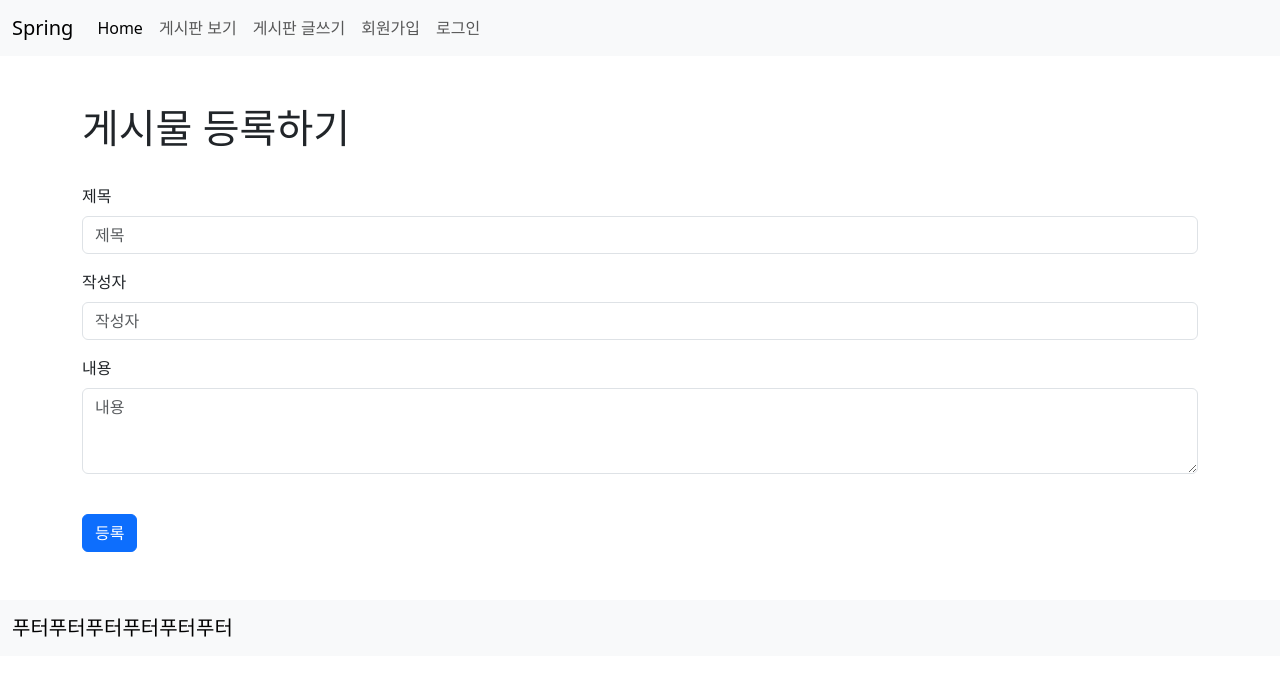
Repository: Jensuchan/spring_solo_project
Page: http://localhost/spring_test/WEB-INF/views/board/register.jsp
An editor plug-in stored every save of this project. The page is shown before and after the next save, followed by the edit.
The browser window is 1280 px wide. The pictures show the whole page.
The page is served by Tomcat 9. Nobody is signed in. Other server files are loaded and not shown. The template is opened directly, without the code that normally fills it, so the values that code supplies are empty.

Above is the page before, as saved 2024-01-16 05:59:49.

### spring_test/src/main/webapp/WEB-INF/views/board/register.jsp
<%@ page language="java" contentType="text/html; charset=UTF-8"
	pageEncoding="UTF-8"%>
<jsp:include page="../layout/header.jsp"></jsp:include>




<div class="container">
	<h1>게시물 등록하기</h1><br>
	<form action="/board/regiser" method="post">
		<div class="mb-3">
			<label for="title" class="form-label">제목</label>
			<input type="text" name="title" class="form-control" id="title" placeholder="제목">
		</div>
		<div class="mb-3">
			<label for="writer" class="form-label">작성자</label>
			<input type="email" name="writer" class="form-control" id="writer" placeholder="작성자">
		</div>
		<div class="mb-3">
			<label for="context" class="form-label">내용</label>
 			<textarea class="form-control" name="context" id="context" rows="3" placeholder="내용"></textarea>
		</div>
		<br>
		<button type="submit" class="btn btn-primary">등록</button>
	</form>






</div>

<jsp:include page="../layout/footer.jsp"></jsp:include>

### spring_test/src/main/webapp/WEB-INF/views/layout/header.jsp
<%@ taglib uri="http://java.sun.com/jsp/jstl/core" prefix="c"%>
<%@ page language="java" contentType="text/html; charset=UTF-8"
	pageEncoding="UTF-8"%>
<%@ taglib uri="http://www.springframework.org/security/tags"
	prefix="sec"%>
<!DOCTYPE html>
<html>
<head>
<meta charset="UTF-8">
<title>Insert title here</title>
<link
	href="https://cdn.jsdelivr.net/npm/bootstrap@5.3.1/dist/css/bootstrap.min.css"
	rel="stylesheet"
	integrity="sha384-4bw+/aepP/YC94hEpVNVgiZdgIC5+VKNBQNGCHeKRQN+PtmoHDEXuppvnDJzQIu9"
	crossorigin="anonymous">
<script
	src="https://cdn.jsdelivr.net/npm/bootstrap@5.3.1/dist/js/bootstrap.bundle.min.js"
	integrity="sha384-HwwvtgBNo3bZJJLYd8oVXjrBZt8cqVSpeBNS5n7C8IVInixGAoxmnlMuBnhbgrkm"
	crossorigin="anonymous"></script>
</head>
<style>
	.container-fluid{
		display: flex;
		justify-content: space-evenly;
		align-items: center;
	}
</style>

<body>

	<nav class="navbar navbar-expand-lg bg-body-tertiary">
		<div class="container-fluid">
			<a class="navbar-brand" href="/">Spring</a>
			<button class="navbar-toggler" type="button"
				data-bs-toggle="collapse" data-bs-target="#navbarSupportedContent"
				aria-controls="navbarSupportedContent" aria-expanded="false"
				aria-label="Toggle navigation">
				<span class="navbar-toggler-icon"></span>
			</button>
			<div class="collapse navbar-collapse" id="navbarSupportedContent">
				<ul class="navbar-nav me-auto mb-2 mb-lg-0">
					<li class="nav-item"><a class="nav-link active"
						aria-current="page" href="/">Home</a></li>
					<li class="nav-item"><a class="nav-link" href="/">게시판 보기</a></li>

					<!-- 현재 인증한 사용자의 정보를 가져와서 해당 권한이 있는지 확인 -->
					<!-- 현재 사용자의 정보는 principal  -->
					<!-- anyMatch() : stream 매칭 메서드(최소한 1개의 요소가 주어진 조건에 맞는지 조사) -->

					<li class="nav-item"><a class="nav-link" href="/board/register">게시판 글쓰기</a>
					</li>
					<li class="nav-item"><a class="nav-link"
						href="/member/register">회원가입</a></li>
					<li class="nav-item"><a class="nav-link" href="#">로그인</a>
					</li>
				</ul>
			</div>
		</div>
	</nav>

	<br><br>

### spring_test/src/main/webapp/WEB-INF/views/layout/footer.jsp
<%@ page language="java" contentType="text/html; charset=UTF-8"
    pageEncoding="UTF-8"%>
<br><br>
<nav class="navbar navbar-expand-lg bg-body-tertiary">
		<div class="container-fluid">
			<a class="navbar-brand" href="/">푸터푸터푸터푸터푸터푸터</a>

			<div class="collapse navbar-collapse" id="navbarSupportedContent">
			</div>
		</div>
	</nav>
</body>
</html>

After the next save:
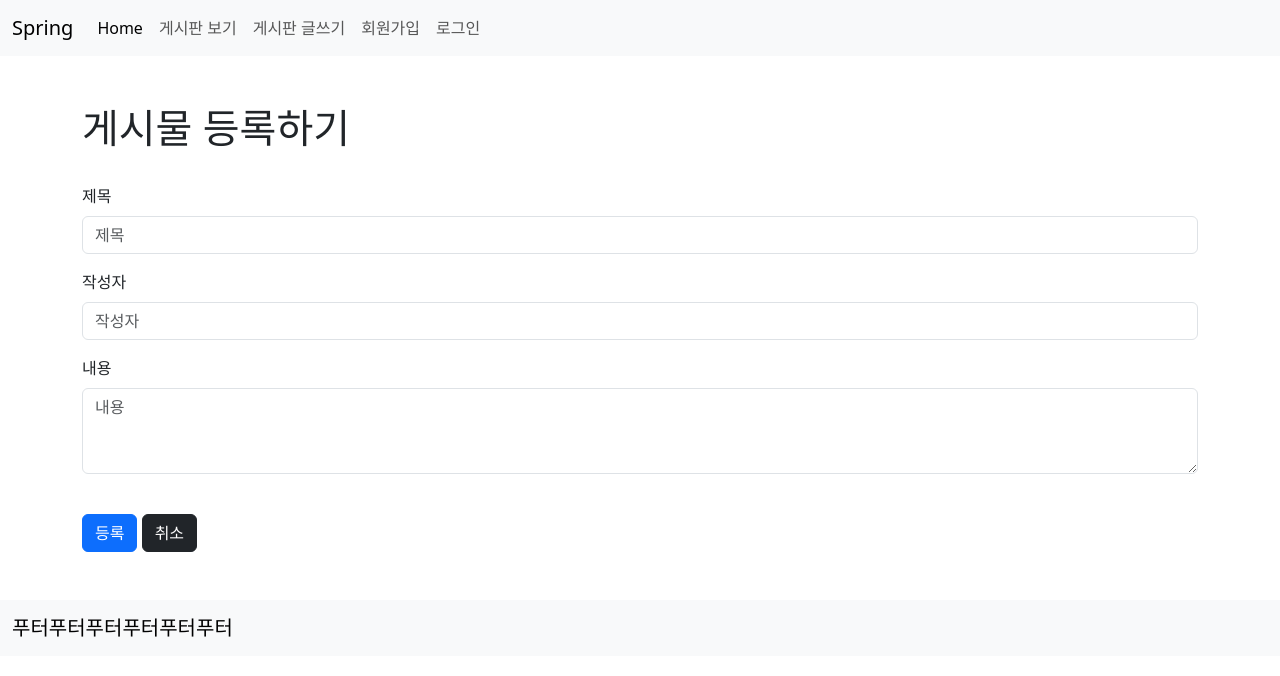
Saved 56 s later.
--- a/spring_test/src/main/webapp/WEB-INF/views/board/register.jsp
+++ b/spring_test/src/main/webapp/WEB-INF/views/board/register.jsp
@@ -22,6 +22,7 @@
 		</div>
 		<br>
 		<button type="submit" class="btn btn-primary">등록</button>
+		<a><button type="button" class="btn btn-dark">취소</button></a>
 	</form>
 
 
